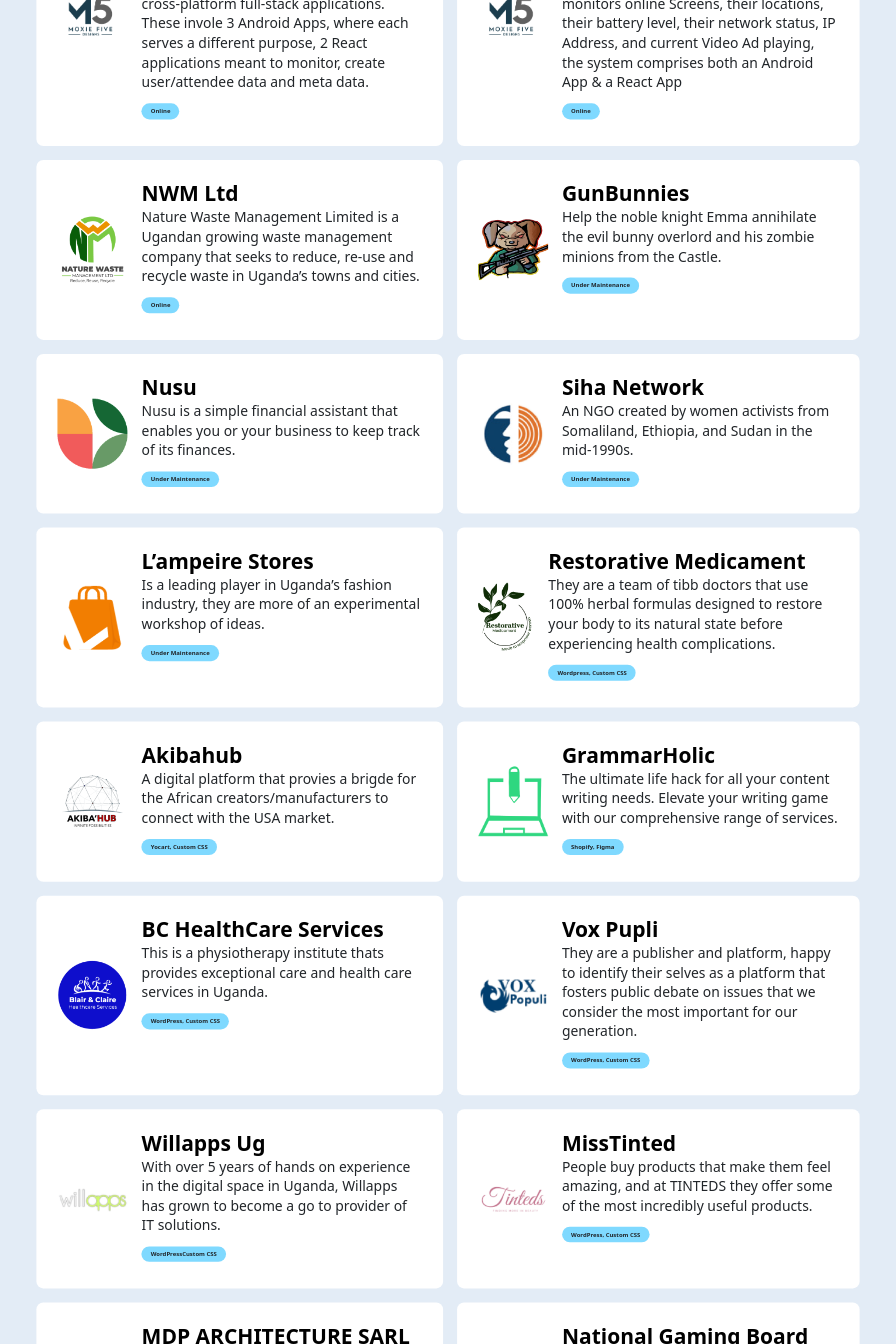
Repository: kaizoku010/firebrand
Page: /apps
These files come from the project's save history. The page is drawn as it stood at one moment and after the next save; the edit follows.
The browser window is 1280 px wide. The pictures show the part of the page from y = 512 to 2432 px (the page is 3160 px tall), at 70% of full size.
The project was rebuilt for these pictures with package versions that can differ from the ones it lists, and the page was loaded fresh each time. Also part of the build but not shown: vite.config.js, src/update/homescreen.css, src/update/homescreen.js, src/update/blog.css, src/update/blog.js, src/update/connect.css, src/update/connect.js. Imported but missing from the stored project, and not drawn on this page: src/update/about.js.

Above is the page before, as saved 2024-05-27 13:19:22.

### public/index.html
<!DOCTYPE html>
<html lang="en">
  <head>
    <meta charset="utf-8" />
    <link rel="icon" href="%PUBLIC_URL%/logo.ico" />
    <meta name="viewport" content="width=device-width, initial-scale=1" />
    <meta name="theme-color" content="#000000" />
    <meta
      name="description"
      content="Welcome to Firebrand, Home of Dixon Muneza"
    />
    <link rel="apple-touch-icon" href="%PUBLIC_URL%/logo.png" />
    <!--
      manifest.json provides metadata used when your web app is installed on a
      user's mobile device or desktop. See https://developers.google.com/web/fundamentals/web-app-manifest/
    -->
    <link rel="manifest" href="%PUBLIC_URL%/manifest.json" />
    <!--
      Notice the use of %PUBLIC_URL% in the tags above.
      It will be replaced with the URL of the `public` folder during the build.
      Only files inside the `public` folder can be referenced from the HTML.

      Unlike "/favicon.ico" or "favicon.ico", "%PUBLIC_URL%/favicon.ico" will
      work correctly both with client-side routing and a non-root public URL.
      Learn how to configure a non-root public URL by running `npm run build`.
    -->
    <title>Dixon Muneza</title>
    <!-- Global site tag (gtag.js) - Google Analytics -->
<script async src="https://www.googletagmanager.com/gtag/js?id=G-C8GX9VTJ6W"></script>
<script>
  window.dataLayer = window.dataLayer || [];
  function gtag(){dataLayer.push(arguments);}
  gtag('js', new Date());

  gtag('config', 'G-C8GX9VTJ6W');
</script>
  </head>
  <body>
    <noscript>You need to enable JavaScript to run this app.</noscript>
    <div id="root"></div>
    <!--
      This HTML file is a template.
      If you open it directly in the browser, you will see an empty page.

      You can add webfonts, meta tags, or analytics to this file.
      The build step will place the bundled scripts into the <body> tag.

      To begin the development, run `npm start` or `yarn start`.
      To create a production bundle, use `npm run build` or `yarn build`.
    -->
  </body>
</html>

### src/App.css
body {
  -webkit-font-smoothing: antialiased;
  background-color: #f3f6f8;
  margin-top: 0px;
  font-family:  ui-sans-serif,system-ui,-apple-system,BlinkMacSystemFont,Segoe UI,Roboto,Helvetica Neue,Arial,Noto Sans,sans-serif,apple color emoji,segoe ui emoji,Segoe UI Symbol,noto color emoji;
;
}

.content{
display: none !important;
}

a {
  text-decoration: none;
  color: #5747ff !important;
}

@media only screen and (max-width: 900px) {
  .holder__ {
    text-align: center;
    padding: 20px;
  }
}

.thumb-lg {
  height: 88px;
  width: 88px;
}
.profile-user-box {
  position: relative;
  border-radius: 5px;
}
.bg-custom {
  /*background-color: #02c0ce !important;  */
  background-color: #02191b !important;
  /* 02191b */
}
.profile-user-box {
  position: relative;
  border-radius: 5px;
}

.card-box {
  padding: 20px;
  position: sticky;
  border-radius: 3px;
  margin-bottom: 30px;
  z-index: 1;
  top: 0;
  background-color: #fff;
}
.inbox-widget .inbox-item img {
  width: 40px;
}

.inbox-widget .inbox-item {
  border-bottom: 1px solid #f3f6f8;
  overflow: hidden;
  padding: 10px 0;
  position: relative;
}

.inbox-widget .inbox-item .inbox-item-img {
  display: block;
  float: left;
  margin-right: 15px;
  width: 40px;
}

.inbox-widget .inbox-item img {
  width: 40px;
}

.inbox-widget .inbox-item .inbox-item-author {
  color: #313a46;
  display: block;
  margin: 0;
}

.inbox-widget .inbox-item .inbox-item-text {
  color: #98a6ad;
  display: block;
  font-size: 14px;
  margin: 0;
}

.inbox-widget .inbox-item .inbox-item-date {
  color: #98a6ad;
  font-size: 11px;
  position: absolute;
  right: 7px;
  top: 12px;
}

.comment-list .comment-box-item {
  position: relative;
}

.comment-list .comment-box-item .commnet-item-date {
  color: #98a6ad;
  font-size: 11px;
  position: absolute;
  right: 7px;
  top: 2px;
}

.comment-list .comment-box-item .commnet-item-msg {
  color: #313a46;
  display: block;
  margin: 10px 0;
  font-weight: 400;
  font-size: 15px;
  line-height: 24px;
}

.comment-list .comment-box-item .commnet-item-user {
  color: #98a6ad;
  display: block;
  font-size: 14px;
  margin: 0;
}

.comment-list a + a {
  margin-top: 15px;
  display: block;
}

.ribbon-box .ribbon-primary {
  background: #2d7bf4;
}

.ribbon-box .ribbon {
  position: relative;
  float: left;
  clear: both;
  padding: 5px 12px 5px 12px;
  margin-left: -30px;
  margin-bottom: 15px;
  font-family: Rubik, sans-serif;
  -webkit-box-shadow: 2px 5px 10px rgba(49, 58, 70, 0.15);
  -o-box-shadow: 2px 5px 10px rgba(49, 58, 70, 0.15);
  box-shadow: 2px 5px 10px rgba(49, 58, 70, 0.15);
  color: #fff;
  font-size: 13px;
}
.text-custom {
  color: #949797 !important;
}

.badge-custom {
  background: #02c0ce;
  color: #fff;
}
.badge {
  font-family: Rubik, sans-serif;
  -webkit-box-shadow: 0 0 24px 0 rgba(0, 0, 0, 0.06),
    0 1px 0 0 rgba(0, 0, 0, 0.02);
  box-shadow: 0 0 24px 0 rgba(0, 0, 0, 0.06), 0 1px 0 0 rgba(0, 0, 0, 0.02);
  padding: 0.35em 0.5em;
  font-weight: 500;
}
.text-muted {
  color: #98a6ad !important;
}
project_list
.font-13 {
  font-size: 13px !important;
}

.fire-text {
  text-align: justify;
}

@media screen and (max-width: 800px) {
  .card-box {
    padding: 20px !important;
    position: sticky;
    border-radius: 3px;
    margin-bottom: 30px;
    z-index: 1;
    top: 0;
    background-color: #fff;
  }
}


.main-color{
  color: #fbb03b;
}

### src/update/header.js
import React from 'react'
import "./header.css"
import Logo from "../img/logo.png"
import Email from "../img/email.png"
import { Link } from "react-router-dom";

function header() {
  return (
      <header class="header">
    <nav>
    <div class="logo">
          <a class="name_logo" href="index.html">Muneza.<span>Dixon</span></a>
        <Link to="/">  <img class="fireband-logo" src={ Logo} /></Link>
    </div>
    <input type="checkbox" id="menu-toggle"/>
    <label for="menu-toggle" class="menu-icon">&#9776;</label>
    <ul class="menu">
      <li><Link to={"apps"}>Projects</Link></li>
      <li><Link to={"about"} href="#">About</Link></li>
      <li><Link to={"blog"}>Blog</Link></li>
      <li><a href={"connect"}>Connect</a></li>
    </ul>
  </nav>
</header>
  )
}
// #9f0009 reds
export default header

### src/update/header.css
header_div {
    padding: 0;
    margin: 0;
    box-sizing: border-box;
    font-family: sans-serif;
    text-decoration: none;
    list-style: none;
  }


  .name_logo{
    display:none;
  }

  .header {
    position: sticky;
    top: 0;
    grid-area: header;
    width: 100%;
    box-shadow: 0 4px 20px hsla(207, 24%, 35%, 0.1);
    background-color: white;
    z-index: 2;
  }

  .email-ic{
    width:38px;
  }

  nav {
    display: flex;
    justify-content: space-between;
    align-items: center;
    padding: 20px 100px;
  }

  .logo a {
    font-size: 24px;
    font-weight: bold;
    color: #fff;
  }

  .logo a span {
    color: #8739fa;
  }


  .menu {
    display: flex;
    list-style:none;
    justify-content: center;
    align-items: center;
  }

  .menu a {
    display: block;
    padding: 7px 15px;
    font-size: 17px;
    font-weight: 500;
    transition: 0.2s all ease-in-out;
    color: #fff;
  }

  .menu:hover a {
    opacity: 0.4;
  }

  .menu a:hover {
    opacity: 1;
    color: #fff;
  }

  .menu-icon {
    display: none;
  }

  #menu-toggle {
    display: none;
  }

  #menu-toggle:checked ~ .menu {
    transform: scale(1, 1);
  }

  @media only screen and (max-width: 950px) {
    .menu {
      flex-direction: column;
      background-color: white;
      align-items: start;
      position: absolute;
      top: 82px;
      left: 0;
      width: 100%;
      z-index: 1;
      padding-left: 10px;
      transform: scale(1, 0);
      transform-origin: top;
      transition: transform 0.3s ease-in-out;
      box-shadow: rgba(0, 0, 0, 0.15) 1.95px 1.95px 2.6px;
    }

    nav {
      display: flex;
      justify-content: space-between;
      align-items: center;
      padding: 18px 30px;
  }

    .name_logo{
        display:none;
      }

    .menu a {
      margin-left: 12px;
    }

    .menu li {
      margin-bottom: 10px;
    }

    .menu-icon {
      display: block;
      color: black;
      font-size: 28px;
      cursor: pointer;
    }
    /* my logo */

  .fireband-logo{
    width: 50px !important;

  }
  }



  .fireband-logo{
    width: 60px;
  }


  .header a {
    color:#212529 !important
      }
    .header a:hover {
        color:#fbb03b !important;
    }

### src/update/appsPage.css
.appsHolder {
  background-color: #e3ecf6 !important;
  padding-right: 1.5em;
  padding-left: 1.5em;
}

.appsHeading {
  text-align: center;
  font-size: 3.75em;
  line-height: 1;
  margin-bottom: 4rem;
  font-weight: 700;
  letter-spacing: -0.05em !important;
  padding: 50px;
}

.sites-holder {
  place-content: center !important;
}

.apps-span {
  color: #fbb03b;
}

.sites {
  display: flex;
  gap: 50px;
  place-content: center !important;
}

.top-element:hover {
  box-shadow: 0 4px 8px 0 rgba(0, 0, 0, 0.2), 0 4px 20px 0 rgba(0, 0, 0, 0);
  transition: 0.75rem;
}

.top-element {
  cursor: pointer;
  width: -moz-fit-content;
  width: fit-content;
  background-color: white;
  display: flex;

  padding: 30px;
  border-radius: 10px;
  flex-direction: row;
}

.site-title {
  font-size: 1.875rem;
  line-height: 2.25rem;
  color: black;
  font-weight: 700;
  margin-bottom: 0.125rem;
}

.site-title:hover {
  color: #f2b44d;
}

.site-logo {
  width: 100px;
  align-self: center;
  height: 100px;
  border-radius: 0px;
}

.site-text-holder {
  display: flex;
  padding-left: 20px;
  flex-direction: column;
}

.site-desc {
  font-size: 1.24rem;
  font-weight: 400;
  line-height: 1.75rem;
}

.chip-layout {
  display: flex;
  gap: 12px;
}
.sites-list {
  display: grid;
  grid-template-columns: repeat(2, auto);
  grid-template-rows: auto;
  padding: 1%;
  gap: 20px;
  list-style-type: none;
  margin: 1rem;
  height: -webkit-max-content;
  height: max-content;
}

/* mobile view */
@media only screen and (max-width: 950px) {
  .sites-list {
    display: grid;
    grid-template-columns: repeat(1, auto);
    grid-template-rows: auto;
    padding: 1%;
    gap: 10px;
    list-style-type: none;
    margin: 1rem;
    height: -webkit-max-content;
    height: max-content;
  }
  .site-title:hover {
    color: #f2b44d;
  }

  .appsHolder {
    background-color: #e3ecf6 !important;
    padding-right: 0.5em;
    padding-left: 0.5em;
  }

  .site-logo {
    /* width: 100%; */
    align-self: center;
    margin-left: 20px !important;
    height: 100px;
    border-radius: 0px;
  }

  .appsHeading {
    text-align: center;
    font-size: 3.75em;
    line-height: 1;
    padding: 24px !important;
    text-align: justify !important;
    margin-bottom: 0rem !important;
    font-weight: 700;
    letter-spacing: -0.05em !important;
    padding: 50px;
  }

  .top-element {
    cursor: pointer;
    width: -moz-fit-content;
    width: fit-content;
    display: block !important;
    background-color: white;
    padding: 30px;
    border-radius: 10px;
    flex-direction: row;
  }
}

.link-list {
  color: black;
  text-decoration: none !important;
}

### src/components/chips.js
import React from 'react'
import "./chips.css"

function chips(props) {
  console.log(props)
  return (
    <div style={{ backgroundColor:props.color}} className="chip">
          <p className="chip-text">
            {
              props.tech ? props.tech : "Tech Stack"
          }</p>
    </div>
  )
}

export default chips

### src/dataPoint/AllProjects.js
import misstintedLogo from '../img/mt.png'
import fireman from '../img/shya.jpg'
import NusuLogo from '../img/nusu.png'
import IMager from "../img/bc_ic.png";
import GBunnies from '../img/gbunnies.png'
import NwmLogo from '../img/nwmLogo.png'
import Shiha from '../img/shiha.png'
import Lamp from '../img/lamp2.png'
import Gram from '../img/gram.jpg';
import VoxP from '../img/vox.png'
import Willapp from '../img/william.png'
import MDP from '../img/mdp.png'
import NGR from '../img/ngb.png'
import Motoka from '../img/motoka.png'
import AkibaIc from '../img/akiba.png'
import Medica from '../img/medica.png'
import MX5 from "../img/logo-png.png"


export default {
  // headings shld be #5747ff
  allProjects: [

    {
      id: '145',
      title: "Selfcheckin System",
      techStacks: ["Online"],
      textColor: 'lightBlue',
      location: 'Kampala, Ug',
       desc: 'This is a fusion of technologies strung togther to create a custom selfcheckin system that involes more one different cross-platform full-stack applications. These invole 3 Android Apps, where each serves a different purpose, 2 React applications meant to monitor, create user/attendee data and meta data.',
      icon: MX5,
      link: 'https://eventform-two.vercel.app/'

  },

    {
      id: '145',
      title: "Video Ad System",
      techStacks: ["Online"],
      textColor: 'lightBlue',
      location: 'Kampala, Ug',
       desc: ' This systems creates video Ads and streams them on custom built mobile Android (back-pack like) Screens. It monitors online Screens, their locations, their battery level, their network status, IP Address, and current Video Ad playing, the system comprises both an Android App & a React App',
      icon: MX5,
      link: 'https://moxie5screen.vercel.app/'

  },

  {
    id: '4',
    title: 'NWM Ltd',
    techStacks: ["Online"],
    backgroundColor: 'white',
    textColor: 'red',
    location: 'Kampala, Uganda',
    desc: 'Nature Waste Management Limited is a Ugandan growing waste management company that seeks to reduce, re-use and recycle waste in Uganda’s towns and cities.',
    icon: NwmLogo,
   link: 'http://naturewasteug.com/'
  },

    {
      id: '445',
      title: "GunBunnies",
      techStacks: ["Under Maintenance"],
      textColor: 'lightBlue',
      location: 'Kampala, Ug',
       desc: 'Help the noble knight Emma annihilate the evil bunny overlord and his zombie minions from the Castle.',
      icon: GBunnies,
      // link: 'https://play.google.com/store/apps/details?id=com.xoGames.GunsBunnies'

  },

    {
      id: '465',
      title: "Nusu",
      techStacks: ["Under Maintenance"],
      textColor: 'lightBlue',
      location: 'Kampala, Ug',
      desc: 'Nusu is a simple financial assistant that enables you or your business to keep track of its finances.',
      icon: NusuLogo,
      // link: 'https://play.google.com/store/apps/details?id=com.digitalminds.android.nusu'

  },
    {
      id: '17',
      title: 'Siha Network',
      backgroundColor: 'white',
      techStacks: ["Under Maintenance"],
      textColor: 'lightBlue',
      location: 'Kampala, Ug',
      desc: 'An NGO created by women activists from Somaliland, Ethiopia, and Sudan in the mid-1990s.',
      icon: Shiha,
      // link: 'https://lampeire.com/'
    },
    {
      id: '7',
      title: 'L’ampeire Stores',
      backgroundColor: 'Orange',
      techStacks: ["Under Maintenance"],
      textColor: 'white',
      location: 'Kampala, Ug',
      desc: 'Is a leading player in Uganda’s fashion industry, they are more of an experimental workshop of ideas.',
      icon: Lamp,
      // link: 'https://lampeire.com/'
    },
    {
      id: '332',
      title: 'Restorative Medicament',
      techStacks: ["Wordpress, ", "Custom CSS"],
      desc: "They are a team of tibb doctors that use 100% herbal formulas designed to restore your body to its natural state before experiencing health complications.",
      icon: Medica,
      link: 'https://www.restorativemedicament.com/',
    },

    {
      id: '3t2',
      title: 'Akibahub',
      techStacks: ["Yocart, ", "Custom CSS"],
      backgroundColor: 'red',
      desc: 'A digital platform that provies a brigde for the African creators/manufacturers to connect with the USA market.',
      icon: AkibaIc,
      textColor: 'white',
      location: 'Kampala, Ug',
      // link: 'https://akibahub.com/'
    },
    {
      id: '23',
      title: 'GrammarHolic',
      backgroundColor: 'white',
      techStacks: ["Shopify, ", "Figma"],
      textColor: 'black',
      location: 'London, UK',
      desc: 'The ultimate life hack for all your content writing needs. Elevate your writing game with our comprehensive range of services.',
      icon: Gram,
      // link: 'https://www.grammarholic.com/'
    },
    {
      id: '1',
      title: 'BC HealthCare Services',
      desc: 'This is a physiotherapy institute thats provides exceptional care and health care services in Uganda.',
      icon: IMager,
      techStacks: ["WordPress, ", "Custom CSS"],
      location: 'Kampala, Uganda',
      backgroundColor: 'white',
      //506cef
      textColor: 'black',
      // link: 'http://bchealthcareug.com/'
    },

    {
      id: '2',
      location: 'Kampala, Uganda',
      title: 'Vox Pupli',
      techStacks: ["WordPress, ", "Custom CSS"],
      backgroundColor: 'white',
      textColor: 'black',
      desc: 'They are a  publisher and platform, happy to identify their selves as a platform that fosters public debate on issues that we consider the most important for our generation.',
      icon: VoxP,
      link: 'https://voxpopuli.ug/'
    },
    {
      id: '42',
      location: 'Kampala, Uganda',
      title: 'Willapps Ug',
      backgroundColor: 'white',
      techStacks: ["WordPress", "Custom CSS"],
      textColor: 'black',
      desc: 'With over 5 years of hands on experience in the digital space in Uganda, Willapps has grown to become a go to provider of IT solutions.',
      icon: Willapp,
      link: 'https://willappsug.com/'
    },
    {
      id: '3',
      backgroundColor: 'white',
      textColor: 'red',
      location: 'London, UK',
      techStacks: ["WordPress, ", "Custom CSS"],
      title: 'MissTinted',
      desc: 'People buy products that make them feel amazing, and at TINTEDS they offer some of the most incredibly useful products.',
      icon: misstintedLogo,
      // link: 'http://misstinted.com/'
    },

    {
      id: '6',
      title: 'MDP ARCHITECTURE SARL',
      backgroundColor: 'white',
      techStacks: ["WordPress, ", "Custom CSS"],
      textColor: 'black',
      location: 'Kigali, Rwanda',
      desc: 'Nous sommes un bureau d’architecture dont les activités sont axées principalement sur la prestation de services adéquats de conception en appui à nos clients dans la planification et la mise en œuvre.',
      icon: MDP,
      link: 'http://mdparchitecture.com/'
    },

    {
      id: '8',
      title: 'National Gaming Board',
      desc: 'The National Lotteries and Gaming Regulatory Board Uganda (NLGRB) is a body corporate established under the Lotteries and Gaming Act No. 7 of 2016 which came into effect on 8th April 2016.',
      icon: NGR,
      location: 'Kampala, Uganda',
      techStacks: ["WordPress", "Custom CSS"],
      backgroundColor: 'white',
      textColor: 'black',
      link: 'https://lgrb.go.ug/'
    },
    {
      id: '9',
      title: 'Wuzi-Africa',
      backgroundColor: 'white',
      techStacks: ["WordPress", "Custom CSS"],
      location: 'Stockholm, Sweden',
      textColor: 'black',
      desc: 'From West Nile to Kabale, Moroto to Tororo, dedicated creative communities will be creating bold fabrics and designer garments from recycled old clothes collected across Uganda.',
      icon: fireman,
      link: 'https://wuzi-app.firebaseapp.com/'
    },
    {
      id: '10',
      techStacks: ["WordPress", "Custom CSS"],
      title: 'Motoka Ads',
      backgroundColor: 'white',
      location: 'Kampala, Uganda',
      textColor: 'red',
      desc: 'Motokads is a multi-vendor car dealer platform based in Uganda that provides and act as a bridge between Car dealers and buyers.',
      icon: Motoka,
      // link: 'https://wuzi-app.firebaseapp.com/'
    }
  ]
}

### src/update/footer.css
.site-footer
{
  position: relative;
  background-color:#f0f2f4e4;
  padding:45px 0 20px;
  font-size:15px;
  line-height:24px;
  color:#737373;
}

.row{
  align-items: center !important;
}

.facebook{
    width: 30px;
}
.site-footer hr
{
  border-top-color:#bbb;
  opacity:0.5
}
.site-footer hr.small
{
  margin:20px 0
}
.site-footer h6
{
  color:#fff;
  font-size:16px;
  text-transform:uppercase;
  margin-top:5px;
  letter-spacing:2px
}
.site-footer a
{
  color:#737373;
}
.site-footer a:hover
{
  color:#3366cc;
  text-decoration:none;
}
.footer-links
{
  padding-left:0;
  list-style:none
}
.footer-links li
{
  display:block
}
.footer-links a
{
  color:#737373
}
.footer-links a:active,.footer-links a:focus,.footer-links a:hover
{
  color:#3366cc;
  text-decoration:none;
}
.footer-links.inline li
{
  display:inline-block
}
.site-footer .social-icons
{
  text-align:right
}
.site-footer .social-icons a
{
  width:40px;
  height:40px;
  line-height:40px;
  margin-left:6px;
  margin-right:0;
  border-radius:100%;
}
.copyright-text
{
  margin:0
}
@media (max-width:991px)
{
  .site-footer [class^=col-]
  {
    margin-bottom:30px
  }
}
@media (max-width:767px)
{

  .copyright-text{
    margin:10px;
  }
  .site-footer
  {
    padding-bottom:0
  }
  .site-footer .copyright-text,.site-footer .social-icons
  {
    text-align:center
  }
}
.social-icons
{
  padding-left:0;
  margin-bottom:0;
  list-style:none
}
.social-icons li
{
  display:inline-block;
  margin-bottom:4px
}
.social-icons li.title
{
  margin-right:15px;
  text-transform:uppercase;
  color:#96a2b2;
  font-weight:700;
  font-size:13px
}
.social-icons a{
  background-color:#eceeef;
  color:#818a91;
  font-size:16px;
  display:inline-block;
  line-height:44px;
  width:44px;
  height:44px;
  text-align:center;
  margin-right:8px;
  border-radius:100%;
  -webkit-transition:all .2s linear;
  -o-transition:all .2s linear;
  transition:all .2s linear
}
.social-icons a:active,.social-icons a:focus,.social-icons a:hover
{
  color:#fff;
  background-color:#ebebeb
}
.social-icons.size-sm a
{
  line-height:34px;
  height:34px;
  width:34px;
  font-size:14px
}
.social-icons a.facebook:hover
{
  background-color:#e7e9e9
}
.social-icons a.twitter:hover
{
  background-color:#00aced
}
.social-icons a.linkedin:hover
{
  background-color:#007bb6
}
.social-icons a.dribbble:hover
{
  background-color:#ea4c89
}
@media (max-width:767px)
{
  .social-icons li.title
  {
    display:block;
    margin-right:0;
    font-weight:600
  }
}

### src/components/chips.css
.chip{
    background-color: rgb(127, 217, 255);
    width: -moz-fit-content;
    width: fit-content;

    border-radius: 20px;
}

.chip-text {
    padding: 5px;
    font-weight: 700;
    font-size: 8.5px;
    margin: 8px;
}

Loaded but not shown: src/index.js (common file); src/index.css (common file); src/reportWebVitals.js (common file); src/update/appsPage.js (55 lines, source omitted); src/update/footer.js (37 lines, source omitted); src/App.js (35 lines, source omitted); src/update/homescreen.css (no copy from this time; the picture is the same without it)

After the next save:
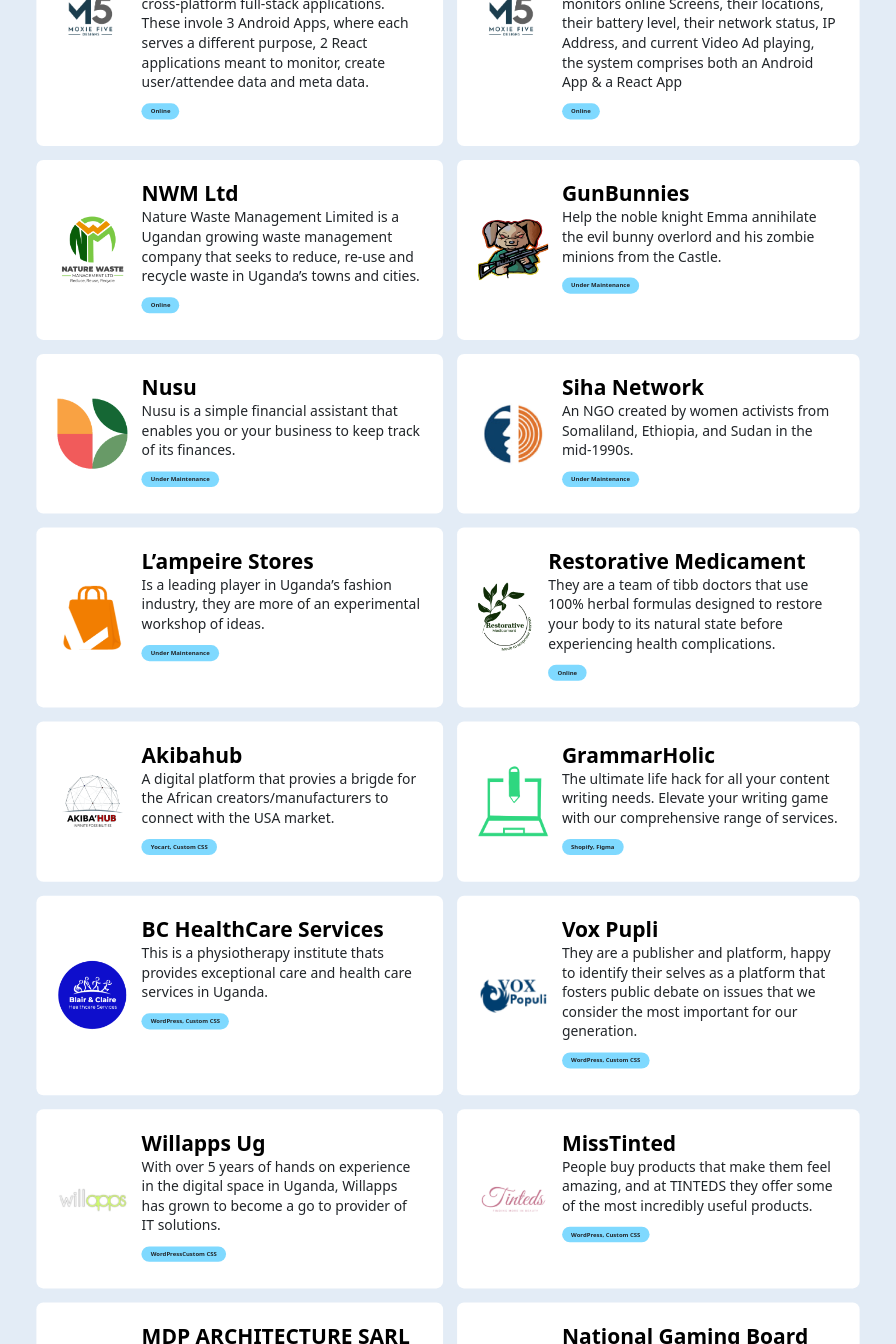
Saved 6 s later.
--- a/src/dataPoint/AllProjects.js
+++ b/src/dataPoint/AllProjects.js
@@ -105,7 +105,7 @@
     {
       id: '332',
       title: 'Restorative Medicament',
-      techStacks: ["Wordpress, ", "Custom CSS"],
+      techStacks: ["Online"],
       desc: "They are a team of tibb doctors that use 100% herbal formulas designed to restore your body to its natural state before experiencing health complications.",
       icon: Medica,
       link: 'https://www.restorativemedicament.com/',
